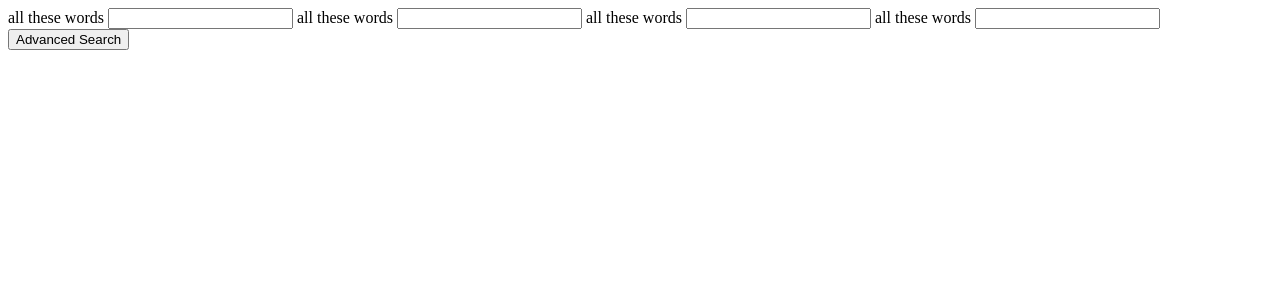
Repository: etentuk/search
Page: advanced_search.html
The author's editor kept a copy of each file at every save. The page is drawn from the files as they stood at one save, then again after the next save.
The browser window is 1280 px wide. The pictures show the whole page.

Above is the page before, as saved 2021-11-03 22:56:04.

### advanced_search.html
<!DOCTYPE html>
<html lang="en">
    <head>
        <title>Search</title>
    </head>
    <body>
        <form action="https://google.com/search" style="display: ;">
            <label for="as_q">all these words </label>
            <input type="text" id="as_q" name="as_q">
            <label for="as_epq">all these words </label>
            <input type="text" id="as_epq" name="as_epq">
            <label for="as_oq">all these words </label>
            <input type="text" id="as_oq" name="as_oq">
            <label for="as_eq">all these words </label>
            <input type="text" id="as_eq" name="as_eq">
            <input type="submit" value="Advanced Search">
        </form>
    </body>
</html>

After the next save:
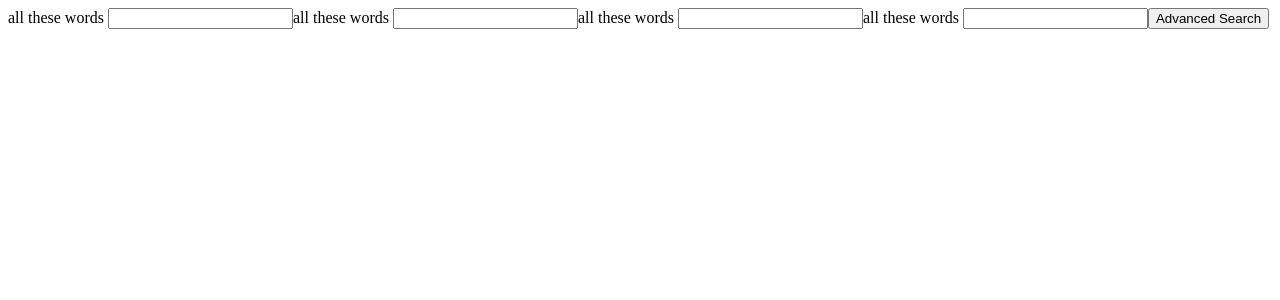
Saved 4 s later.
--- a/advanced_search.html
+++ b/advanced_search.html
@@ -4,7 +4,7 @@
         <title>Search</title>
     </head>
     <body>
-        <form action="https://google.com/search" style="display: ;">
+        <form action="https://google.com/search" style="display: table;">
             <label for="as_q">all these words </label>
             <input type="text" id="as_q" name="as_q">
             <label for="as_epq">all these words </label>

After the 3 saves that followed:
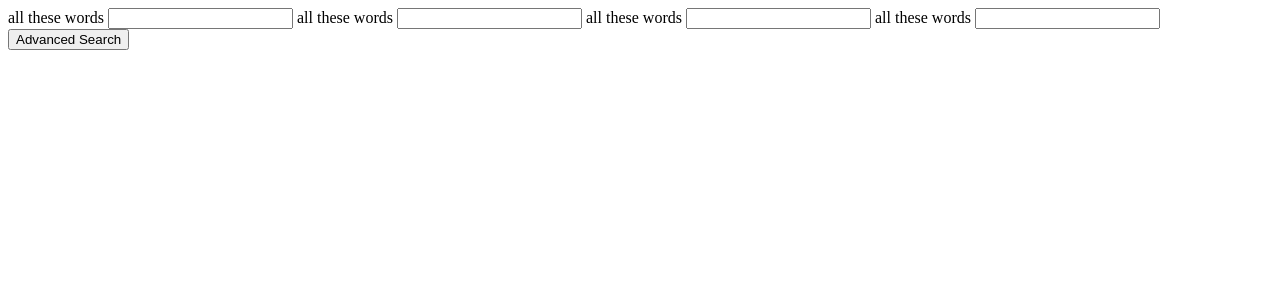
The 3 saves are shown as one change because 2 left the picture as it was.
The last was saved 57 s later.
--- a/advanced_search.html
+++ b/advanced_search.html
@@ -4,7 +4,10 @@
         <title>Search</title>
     </head>
     <body>
-        <form action="https://google.com/search" style="display: table;">
+        <form action="https://google.com/search" style="display: table-row;">
+            <div>
+
+
             <label for="as_q">all these words </label>
             <input type="text" id="as_q" name="as_q">
             <label for="as_epq">all these words </label>
@@ -14,6 +17,7 @@
             <label for="as_eq">all these words </label>
             <input type="text" id="as_eq" name="as_eq">
             <input type="submit" value="Advanced Search">
+        </div>
         </form>
     </body>
 </html>
